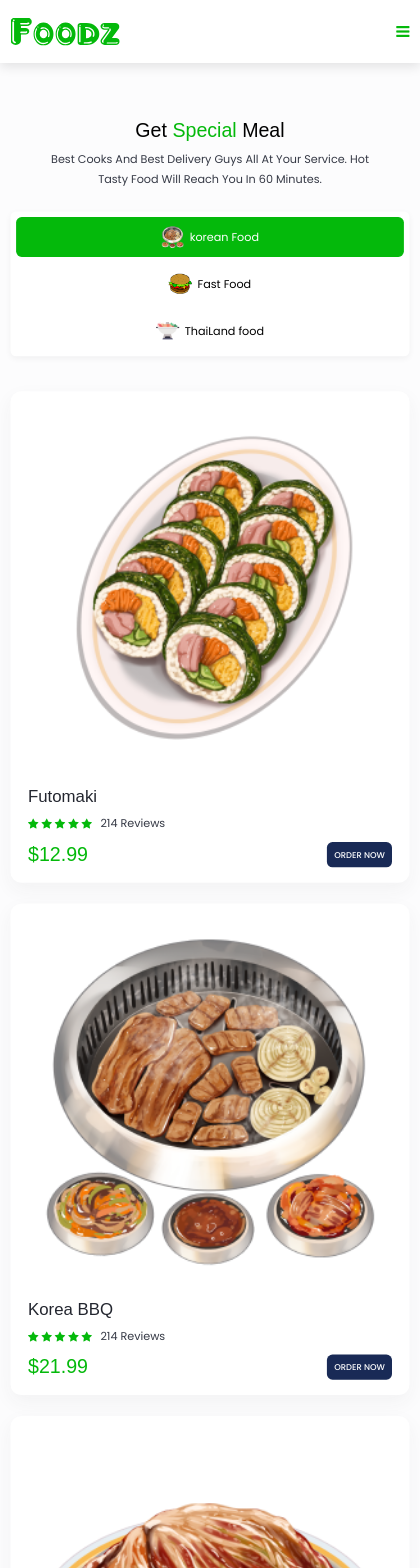
Repository: Toan3333/fooz
Page: assets/pages/menu.html
An editor plug-in stored every save of this project. The page is shown before and after the next save, followed by the edit.
The browser window is 600 px wide. The pictures show the part of the page from y = 0 to 2240 px (the page is 5229 px tall before and 5214 px after), at 70% of full size.
Some web fonts or font styles are not loaded; a fallback is used.

Above is the page before, as saved 2023-06-11 11:03:35.
Console error: TypeError: Cannot read properties of null (reading 'classList')

### assets/pages/menu.html
<!DOCTYPE html>
<html lang="en">
  <head>
    <meta charset="UTF-8" />
    <meta http-equiv="X-UA-Compatible" content="IE=edge" />
    <meta name="viewport" content="width=device-width, initial-scale=1.0" />
    <title>Menu</title>
    <link rel="stylesheet" href="/assets/css/style.css" />
    <link rel="stylesheet" href="/assets/css/responsive.css" />
    <link
      href="https://fonts.googleapis.com/css?family=Poppins:100,100italic,200,200italic,300,300italic,regular,italic,500,500italic,600,600italic,700,700italic,800,800italic,900,900italic"
      rel="stylesheet"
    />
    <link
      href="https://fonts.googleapis.com/css?family=Alice:regular"
      rel="stylesheet"
    />
    <link
      rel="stylesheet"
      href="https://cdnjs.cloudflare.com/ajax/libs/font-awesome/4.7.0/css/font-awesome.min.css"
    />
  </head>
  <body>
    <div class="app">
      <!-- header -->
      <header class="header">
        <div class="container">
          <div class="header-main">
            <div class="header-logo">
              <img src="/assets/images/Logo.svg" alt="" />
            </div>
            <div class="header-menu">
              <ul class="header-nav">
                <li class="header-list">
                  <a href="#home" class="header-link active">Home</a>
                </li>
                <li class="header-list">
                  <a href="./assets/pages/menu.html" class="header-link"
                    >Menu</a
                  >
                </li>
                <li class="header-list">
                  <a href="./assets/pages/blog.html" class="header-link"
                    >Blog</a
                  >
                </li>
                <li class="header-list">
                  <a href="./assets/pages/about.html" class="header-link"
                    >About us</a
                  >
                </li>
                <li class="header-list">
                  <a href="./assets/pages/contact.html" class="header-link"
                    >Contact</a
                  >
                </li>
              </ul>
            </div>
            <div class="header-auth">
              <div class="header-icon">
                <a href="./assets/pages/login.html">
                  <i class="fa fa-user" aria-hidden="true"></i>
                </a>
                <a href="#">
                  <i class="fa fa-search" aria-hidden="true"></i>
                </a>
                <a href="./assets/pages/checkout.html">
                  <i class="fa fa-shopping-cart" aria-hidden="true"></i>
                </a>
              </div>
            </div>
            <div class="header__bar">
              <i class="fa fa-bars header__bar-icon" aria-hidden="true"></i>
            </div>
          </div>
        </div>
      </header>
      <!-- header end -->
      <section class="menu">
        <div class="container">
          <div class="text-center__primary special-center menu-center">
            Get <span class="text-primary">special</span> Meal
            <p class="text-bottom">
              Best cooks and best delivery guys all at your service. Hot tasty
              food will reach you in 60 minutes.
            </p>
          </div>
          <ul class="tab">
            <li class="tab-item active">
              <img src="/assets/images/menu-1.png" alt="" /> korean Food
            </li>
            <li class="tab-item">
              <img src="/assets/images/menu-icon.png" alt="" /> Fast Food
            </li>
            <li class="tab-item">
              <img src="/assets/images/menu-icon-2.png" alt="" /> ThaiLand food
            </li>
          </ul>
          <div class="special-list menu-items">
            <div class="special-item">
              <div class="special-image">
                <img src="/assets/images/special-1.png" alt="" />
                <i class="fa fa-heart" aria-hidden="true"></i>
                <i class="fa fa-eye" aria-hidden="true"></i>
              </div>
              <div class="special-title">Futomaki</div>
              <div class="special-rating">
                <div class="special-icon">
                  <i class="fa fa-star" aria-hidden="true"></i>
                  <i class="fa fa-star" aria-hidden="true"></i>
                  <i class="fa fa-star" aria-hidden="true"></i>
                  <i class="fa fa-star" aria-hidden="true"></i>
                  <i class="fa fa-star" aria-hidden="true"></i>
                </div>
                <div class="special-views">214 Reviews</div>
              </div>
              <div class="special-bottom">
                <div class="special-price">$12.99</div>
                <div class="special-button">
                  <button class="button-primary">ORDER NOW</button>
                </div>
              </div>
            </div>
            <div class="special-item">
              <div class="special-image">
                <img src="/assets/images/special-2.png" alt="" />
                <i class="fa fa-heart" aria-hidden="true"></i>
                <i class="fa fa-eye" aria-hidden="true"></i>
              </div>
              <div class="special-title">Korea BBQ</div>
              <div class="special-rating">
                <div class="special-icon">
                  <i class="fa fa-star" aria-hidden="true"></i>
                  <i class="fa fa-star" aria-hidden="true"></i>
                  <i class="fa fa-star" aria-hidden="true"></i>
                  <i class="fa fa-star" aria-hidden="true"></i>
                  <i class="fa fa-star" aria-hidden="true"></i>
                </div>
                <div class="special-views">214 Reviews</div>
              </div>
              <div class="special-bottom">
                <div class="special-price">$21.99</div>
                <div class="special-button">
                  <button class="button-primary">ORDER NOW</button>
                </div>
              </div>
            </div>
            <div class="special-item">
              <div class="special-image">
                <img src="/assets/images/special-3.png" alt="" />
                <i class="fa fa-heart" aria-hidden="true"></i>
                <i class="fa fa-eye" aria-hidden="true"></i>
              </div>
              <div class="special-title">Kimchi</div>
              <div class="special-rating">
                <div class="special-icon">
                  <i class="fa fa-star" aria-hidden="true"></i>
                  <i class="fa fa-star" aria-hidden="true"></i>
                  <i class="fa fa-star" aria-hidden="true"></i>
                  <i class="fa fa-star" aria-hidden="true"></i>
                  <i class="fa fa-star" aria-hidden="true"></i>
                </div>
                <div class="special-views">214 Reviews</div>
              </div>
              <div class="special-bottom">
                <div class="special-price">$6.99</div>
                <div class="special-button">
                  <button class="button-primary">ORDER NOW</button>
                </div>
              </div>
            </div>
            <div class="special-item">
              <div class="special-image">
                <img src="/assets/images/menu-2.webp" alt="" />
                <i class="fa fa-heart" aria-hidden="true"></i>
                <i class="fa fa-eye" aria-hidden="true"></i>
              </div>
              <div class="special-title">Tori Tori Meatball</div>
              <div class="special-rating">
                <div class="special-icon">
                  <i class="fa fa-star" aria-hidden="true"></i>
                  <i class="fa fa-star" aria-hidden="true"></i>
                  <i class="fa fa-star" aria-hidden="true"></i>
                  <i class="fa fa-star" aria-hidden="true"></i>
                  <i class="fa fa-star" aria-hidden="true"></i>
                </div>
                <div class="special-views">214 Reviews</div>
              </div>
              <div class="special-bottom">
                <div class="special-price">$12.99</div>
                <div class="special-button">
                  <button class="button-primary">ORDER NOW</button>
                </div>
              </div>
            </div>
            <div class="special-item">
              <div class="special-image">
                <img src="/assets/images/menu-3.jpg" alt="" />
                <i class="fa fa-heart" aria-hidden="true"></i>
                <i class="fa fa-eye" aria-hidden="true"></i>
              </div>
              <div class="special-title">Breakfast Package</div>
              <div class="special-rating">
                <div class="special-icon">
                  <i class="fa fa-star" aria-hidden="true"></i>
                  <i class="fa fa-star" aria-hidden="true"></i>
                  <i class="fa fa-star" aria-hidden="true"></i>
                  <i class="fa fa-star" aria-hidden="true"></i>
                  <i class="fa fa-star" aria-hidden="true"></i>
                </div>
                <div class="special-views">214 Reviews</div>
              </div>
              <div class="special-bottom">
                <div class="special-price">$21.99</div>
                <div class="special-button">
                  <button class="button-primary">ORDER NOW</button>
                </div>
              </div>
            </div>
            <div class="special-item">
              <div class="special-image">
                <img src="/assets/images/menu-4.jpeg" alt="" />
                <i class="fa fa-heart" aria-hidden="true"></i>
                <i class="fa fa-eye" aria-hidden="true"></i>
              </div>
              <div class="special-title">Sausage Barbeque</div>
              <div class="special-rating">
                <div class="special-icon">
                  <i class="fa fa-star" aria-hidden="true"></i>
                  <i class="fa fa-star" aria-hidden="true"></i>
                  <i class="fa fa-star" aria-hidden="true"></i>
                  <i class="fa fa-star" aria-hidden="true"></i>
                  <i class="fa fa-star" aria-hidden="true"></i>
                </div>
                <div class="special-views">214 Reviews</div>
              </div>
              <div class="special-bottom">
                <div class="special-price">$6.99</div>
                <div class="special-button">
                  <button class="button-primary">ORDER NOW</button>
                </div>
              </div>
            </div>
          </div>
        </div>
      </section>

      <footer class="footer">
        <div class="container">
          <div class="footer-list">
            <div class="footer-column">
              <div class="footer-center">
                <div class="footer-logo">
                  <img src="/assets/images/Logo.svg" alt="" />
                </div>
                <p class="footer-desc">
                  Explore your Taste with speacial food in the special place,
                  that will make you happy. I try to write some thing without
                  lorem isum. Lorem ipsum dolor sit amet consectetur adipisicing
                  elit.
                </p>
              </div>
            </div>
            <div class="footer-column">
              <h3 class="footer-title">Support</h3>
              <ul class="footer-menu">
                <li class="footer-item"><a href="#">Help Centre</a></li>
                <li class="footer-item"><a href="#">Safety information</a></li>
                <li class="footer-item">
                  <a href="#">Cancellation options</a>
                </li>
                <li class="footer-item"><a href="#">Report Complaint</a></li>
              </ul>
            </div>
            <div class="footer-column">
              <h3 class="footer-title">Community</h3>
              <ul class="footer-menu">
                <li class="footer-item"><a href="#">Customer Review</a></li>
                <li class="footer-item"><a href="#">Newsletter</a></li>
              </ul>
            </div>
            <div class="footer-column">
              <h3 class="footer-title">About</h3>
              <ul class="footer-menu">
                <li class="footer-item"><a href="#">Our Chef</a></li>
                <li class="footer-item"><a href="#">Careers</a></li>
                <li class="footer-item">
                  <a href="#">Blog</a>
                </li>
                <li class="footer-item"><a href="#">Contact</a></li>
              </ul>
            </div>
          </div>
        </div>
      </footer>
      <!-- loader -->
      <!-- <div class="loader-container">
        <img src="./assets/images/loader.gif" alt="" />
      </div> -->
      <!-- loader end -->
    </div>
    <script src="/assets/js/app.js"></script>
  </body>
</html>

### assets/css/responsive.css
@media screen and (min-width: 1024px) {
  .hero-title {
    font-size: 50px;
    line-height: 58px;
  }
  .hero-desc {
    font-size: 20px;
  }
  .service-title {
    font-size: 22px;
  }
}
/* Tablet */
@media screen and (max-width: 1023.98px) {
  .header-nav {
    gap: 12px;
  }
  .header-link {
    font-size: 15px;
  }
  .header-icon {
    gap: 15px;
  }
  .hero-main {
    gap: 30px;
  }
  .hero {
    padding: 50px 0;
  }
  .hero-title {
    font-size: 37px;
    line-height: 48px;
    margin-bottom: 15px;
  }
  .hero-desc {
    font-size: 18px;
    line-height: 26px;
  }
  .button-primary {
    font-size: 15px;
  }
  .hero-list {
    gap: 4px;
  }
  .hero-info {
    padding: 20px 25px;
  }
  .hero-number {
    font-size: 20px;
  }
  .hero-text {
    font-size: 16px;
    line-height: 22px;
  }
  .service {
    padding: 50px 0;
  }
  .text-center__primary {
    font-size: 42px;
    line-height: 52px;
  }
  .service-list {
    margin-top: 50px;
    grid-template-columns: repeat(2, 1fr);
    grid-gap: 30px;
  }
  .service-item {
    padding: 30px 25px;
  }
  .about {
    padding: 50px 0;
  }
  .about-main {
    gap: 40px;
  }
  .about-info {
    gap: 20px;
  }
  .about-name {
    font-size: 18px;
    line-height: 24px;
  }
  .about-desc {
    font-size: 16px;
  }
  .special {
    padding: 50px 0;
  }
  .special-center {
    max-width: 500px;
  }
  .text-bottom {
    font-size: 18px;
    line-height: 28px;
  }
  .special-list {
    margin-top: 50px;
    grid-template-columns: repeat(2, 1fr);
  }
  .special-title {
    font-size: 24px;
    line-height: 30px;
  }
  .special-price {
    font-size: 32px;
  }
  .form-main {
    gap: 40px;
  }
  .form-container {
    gap: 8px;
  }
  .blog {
    padding: 50px 0;
  }
  .blog-list {
    grid-template-columns: repeat(2, 1fr);
  }
  .footer-list {
    grid-template-columns: repeat(2, 1fr);
    grid-gap: 60px;
  }
  .footer-menu {
    gap: 12px;
  }
}
/* Iphone */
@media screen and (max-width: 767.98px) {
  /* .header-menu {
    display: none;
  } */
  .header-nav {
    position: fixed;
    right: 0;
    top: 0;
    bottom: 0;
    background-color: white;
    transform: translateX(100%);
    will-change: transform;
    transition: all 0.2s linear;
    width: 300px;
    border-left: 1px solid #eee;
    z-index: 99;
    flex-direction: column;
    align-items: stretch;
    padding-top: 60px;
    gap: 10px 0;
  }
  .header-nav.is-show {
    transform: translateX(0);
  }
  .header-list {
    padding: 20px;
  }
  .header-icon {
    display: none;
  }
  .header__bar {
    display: block;
    font-size: 22px;
    color: var(--primary-color);
    cursor: pointer;
  }
  .hero {
    padding: 40px 0;
  }
  .hero-main {
    flex-direction: column;
  }
  .hero-title {
    font-size: 30px;
    line-height: 35px;
    margin-bottom: 10px;
  }
  .hero-desc {
    font-size: 16px;
  }
  .hero-cta {
    margin-bottom: 40px;
  }
  .hero-info {
    padding: 15px 20px;
  }
  .hero-number {
    line-height: 35px;
    font-size: 18px;
  }
  .service {
    padding: 40px 0;
  }
  .text-center__primary {
    font-size: 33px;
    line-height: 40px;
  }
  .service-list {
    margin-top: 30px;
    grid-template-columns: repeat(1, 1fr);
    grid-gap: 12px;
  }
  .service-item {
    padding: 15px;
  }
  .service-title {
    font-size: 18px;
    line-height: 28px;
  }
  .service-icon {
    margin-bottom: 14px;
  }
  .about {
    padding: 40px 0;
  }
  .about-center {
    max-width: 280px;
  }
  .about-main {
    flex-direction: column;
  }
  .text-center__primary {
    font-size: 28px;
    line-height: 32px;
  }
  .about-name {
    font-size: 17px;
  }
  .about-info {
    gap: 15px;
  }
  .about-desc {
    font-size: 15px;
    line-height: 24px;
  }
  .text-bottom {
    font-size: 16px;
  }
  .special {
    padding: 40px 0;
  }
  .special-list {
    grid-template-columns: repeat(1, 1fr);
  }
  .special-item {
    padding: 20px 25px;
  }
  .special-price {
    font-size: 28px;
  }
  .button-primary {
    padding: 8px 10px;
    font-size: 12px;
    line-height: 20px;
  }
  .form-main {
    flex-direction: column;
  }
  .form-field input {
    padding: 8px;
  }
  .form-price {
    margin-bottom: 15px;
  }
  .form-meal__select select {
    padding: 10px 12px 10px 12px;
  }
  .form-field textarea {
    padding: 10px;
  }
  .tab {
    grid-template-columns: repeat(1, 1fr);
    grid-gap: 10px;
  }
  .blog {
    padding: 50px 0;
  }
  .blog-list {
    grid-template-columns: repeat(1, 1fr);
  }
  .footer-list {
    grid-template-columns: repeat(1, 1fr);
    grid-gap: 20px;
  }
  .footer-title {
    margin-bottom: 12px;
  }
}

Loaded but not shown: assets/js/app.js (19 lines, source omitted); assets/css/style.css (1369 lines, source omitted)

After the next save:
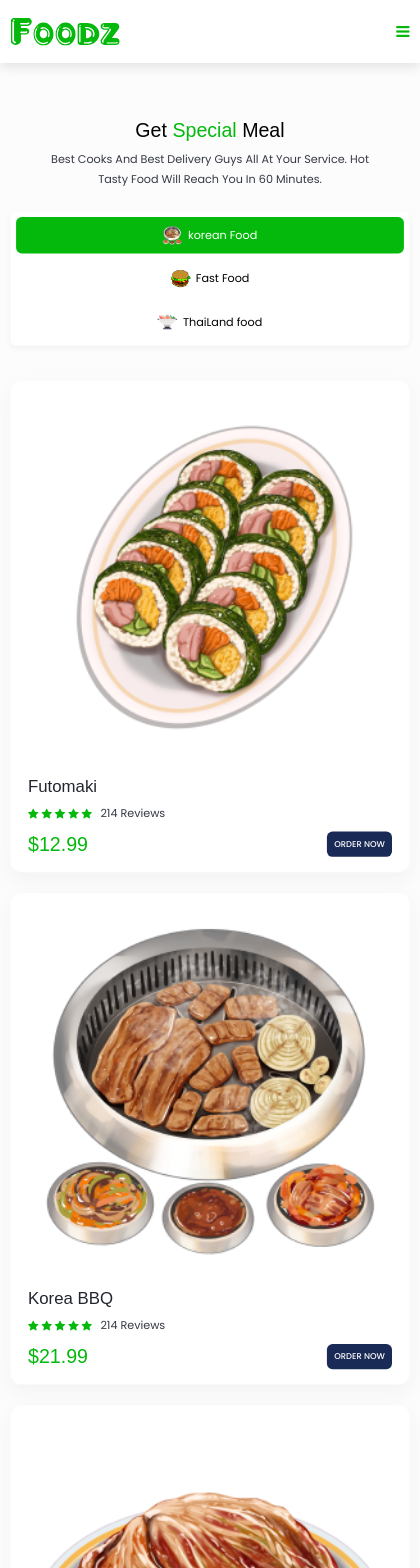
Saved 33 s later.
--- a/assets/css/responsive.css
+++ b/assets/css/responsive.css
@@ -269,6 +269,10 @@
     grid-template-columns: repeat(1, 1fr);
     grid-gap: 10px;
   }
+  .tab-item img {
+    width: 28px;
+    height: 28px;
+  }
   .blog {
     padding: 50px 0;
   }
